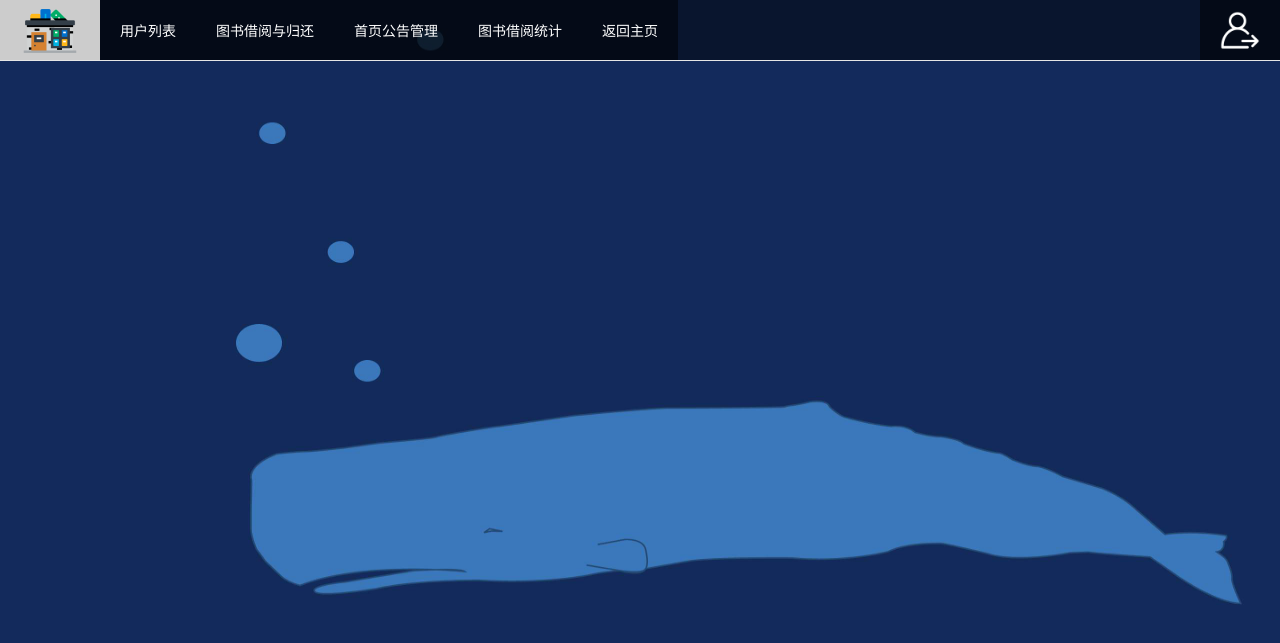
Repository: Akron-xz/helloVue
Page: /#/adminmain (app in vue-library/)
The author's editor kept a copy of each file at every save. The page is drawn from the files as they stood at one save, then again after the next save.
The browser window is 1280 px wide. The pictures show the whole page.
The project was rebuilt for these pictures with package versions that can differ from the ones it lists, and the page was loaded fresh each time. Also part of the build but not shown: vue-library/src/components/homeNav.vue, vue-library/src/views/Home.vue.

Above is the page before, as saved 2020-11-25 20:39:05.

### vue-library/src/main.js
import Vue from 'vue'
import App from './App.vue'
import ElementUI from 'element-ui';
import 'element-ui/lib/theme-chalk/index.css';
import axios from "axios"
import router from './router'
import Router from 'vue-router'

const routerPush = Router.prototype.push
Router.prototype.push = function push(location) {
    return routerPush.call(this, location).catch(error => error)
}

Vue.config.productionTip = false
Vue.use(ElementUI);
Vue.prototype.$axios = axios;


new Vue({
    router,
    render: h => h(App)
}).$mount('#app')

### vue-library/src/router/index.js
import Vue from 'vue'
import VueRouter from 'vue-router'
import Home from '../views/Home.vue'


Vue.use(VueRouter)

const routes = [{
        path: '/',
        name: 'Home',
        component: Home
    },
    {
        path: '/about',
        name: 'About',
        // route level code-splitting
        // this generates a separate chunk (about.[hash].js) for this route
        // which is lazy-loaded when the route is visited.
        component: () =>
            import ( /* webpackChunkName: "about" */ '../views/About.vue')
    },
    {
        path: '/admin',
        name: 'Admin',
        // route level code-splitting
        // this generates a separate chunk (about.[hash].js) for this route
        // which is lazy-loaded when the route is visited.
        component: () =>
            import ( /* webpackChunkName: "about" */ '../views/Administrator.vue')
    },
    {
        path: "/userLogin",
        name: "UserLogin",
        component: () =>
            import ('../views/UserLogin.vue')
    },
    {
        path: "/user",
        name: "User",
        component: () =>
            import ( /* webpackChunkName: "about" */ '../views/User.vue')
    },
    {
        path: "/signup",
        name: "SignUp",
        component: () =>
            import ('../views/SignUp.vue')
    },
    {
        path: "/adminmain",
        name: "AdminMain",
        component: () =>
            import ('../views/AdminMain.vue')
    },
    {

        path: "/MyInformation",
        name: "MyInformation",
        component: () =>
            import ('../views/MyInformation.vue')
    },
    {
        path: "/library",
        name: "Library",
        component: () =>
            import ( /* webpackChunkName: "about" */ '../views/Library.vue')

    },
    {
        path: "/modifymsg",
        name: "ModifyMsg",
        component: () =>
            import ('../views/ModifyMsg.vue')
    },
    {
        path: "/borrowhistory",
        name: "BorrowHistory",
        component: () =>
            import ('../views/BorrowHistory.vue')
    },
    {
        path: "/newissue",
        name: "NewIssue",
        component: () =>
            import ('../views/NewIssue.vue')
    },
    {
        path: "/booksearch",
        name: "BookSearch",
        component: () =>
            import ('../views/BookSearch.vue')
    },
    {
        path: "/MyBookshelves",
        name: "MyBookshelves",
        component: () =>
            import ('../views/MyBookshelves.vue')
    },
    {
        path: "/modifyAnnounce",
        name: "ModifyAnnounce",
        component: () =>
            import ('../views/ModifyAnnounce.vue')
    },
    {
        path: "/statistics",
        name: "Statistics",
        component: () =>
            import ('../views/Statistics.vue')
    },


]

const router = new VueRouter({
    routes
})

export default router

### vue-library/src/views/AdminMain.vue
<template>
  <div class="admin-main-container">
    <Navigation></Navigation>
    <div class="img-container">
      <!-- <div>
        <div class="block">
          <img src="/icon/search-client.png" @click="toSearchClient"/><br/>
          <span class="demonstration">用户列表</span>
        </div>
        <div class="block">
          <img src="/icon/search-file.png" @click="toSearchFile"/><br />
          <span class="demonstration">图书借阅与归还</span>
        </div>
      </div>
      <div>
        <div class="block">
          <img src="/icon/announce.png" @click="toAnnounce"/><br />
          <span class="demonstration">首页公告管理</span>
        </div>
        <div class="block">
          <img src="/icon/books.png" @click="toBooks"/><br />
          <span class="demonstration">书库</span>
        </div>
      </div>
      <div class="block">
        <img src="/icon/graph-report.png" @click="toGraphReport"/><br />
        <span class="demonstration">图书借阅统计</span>
      </div> -->
    </div>
  </div>
</template>

<script>
import Navigation from '@/components/Nav.vue'
export default {
  components:{
        Navigation
    },
  data() {
    return {
      activeIndex: "1",
      activeIndex2: "1",
    };
  },
  methods: {
    handleSelect(key, keyPath) {
      console.log(key, keyPath);
    },
    // toMain(){
    //   this.$router.push({path:'/#'});
    // },

    // toSearchClient(){
    //   this.$router.push({path:'/newissue'});
    // },
    // toSearchFile(){
    //   this.$router.push({path:'/booksearch'});
    // },
    // toAnnounce(){
    //   this.$router.push({path:'/modifyannounce'});
    // },
    // toBooks(){
    //   this.$router.push({path:'/booksearch'});
    // },
    // toGraphReport(){
    //   this.$router.push({path:'/Statistics'});
    // },


  },
};
</script>

<style scoped>
.admin-main-container {
  position: fixed;
  left: 0;
  top: 0;
  width: 100%;
  height: 100%;
  background-image: url(/img/divBg/bg34.jpg);
  background-size: 100% 100%;
}


</style>

### vue-library/src/components/Nav.vue
<template>

     <div class="navigation-bar">
      <el-menu
        class="el-menu-demo"
        mode="horizontal"
        @select="handleSelect"
        background-color="#00000080"
        text-color="#ffffff"
        text-font="15px">

        <el-menu-item @click="toMain">
                <img src="/img/libraryIcon.png" alt="" target="_self" class="libraryIcon">
            </el-menu-item>

        <el-menu-item index="1" @click="toSearchClient">
          <a  target="_self"  >用户列表</a></el-menu-item
        >
        <el-menu-item index="2" @click="toBooks">
          <a  target="_self">图书借阅与归还</a>
        </el-menu-item>

        <el-menu-item index="3" @click="toAnnounce">
          <a  target="_self">首页公告管理</a>
        </el-menu-item>
        <el-menu-item index="4" @click="toStatistics">
          <a  target="_self">图书借阅统计</a></el-menu-item
        >
        <el-menu-item index="5" @click="toHome">
          <a  target="_self">返回主页</a>
        </el-menu-item>

        <el-menu-item index="6" class="exitIcon">
                <img src="/img/logoutIconWhite.png" alt="" target="_self" class="logoutIcon" @click="logOut">
        </el-menu-item>

      </el-menu>

    </div>
</template>

<script>
export default {
    name:"Nav",
    data() {
      return {
        activeIndex: '1'
      }
    },
    methods: {
    handleSelect(key, keyPath) {
      console.log(key, keyPath);
    },
    toMain(){
      this.$router.push({path:'/adminmain'});
    },

    toSearchClient(){
      this.$router.push({path:'/newissue'});
    },
    toSearchFile(){
      this.$router.push({path:'/signup'});
    },
    toAnnounce(){
      this.$router.push({path:'/modifyannounce'});
    },
    toBooks(){
      this.$router.push({path:'/booksearch'});
    },
    toStatistics(){
      this.$router.push({path:'/Statistics'});
    },
    toHome(){
      this.$router.push({path:'/'});
    },
     logOut(){
      this.$router.push({path:'/'});
    },


  },

}
</script>>

<style scoped>
.libraryIcon{
  height: 60px;
  width: 60px;
}

.exitIcon{
  float: right;
}

.logoutIcon{
  height: 40px;
  width: 40px;
}
</style>>

Loaded but not shown: vue-library/public/index.html (common file); vue-library/src/App.vue (common file)

After the next save:
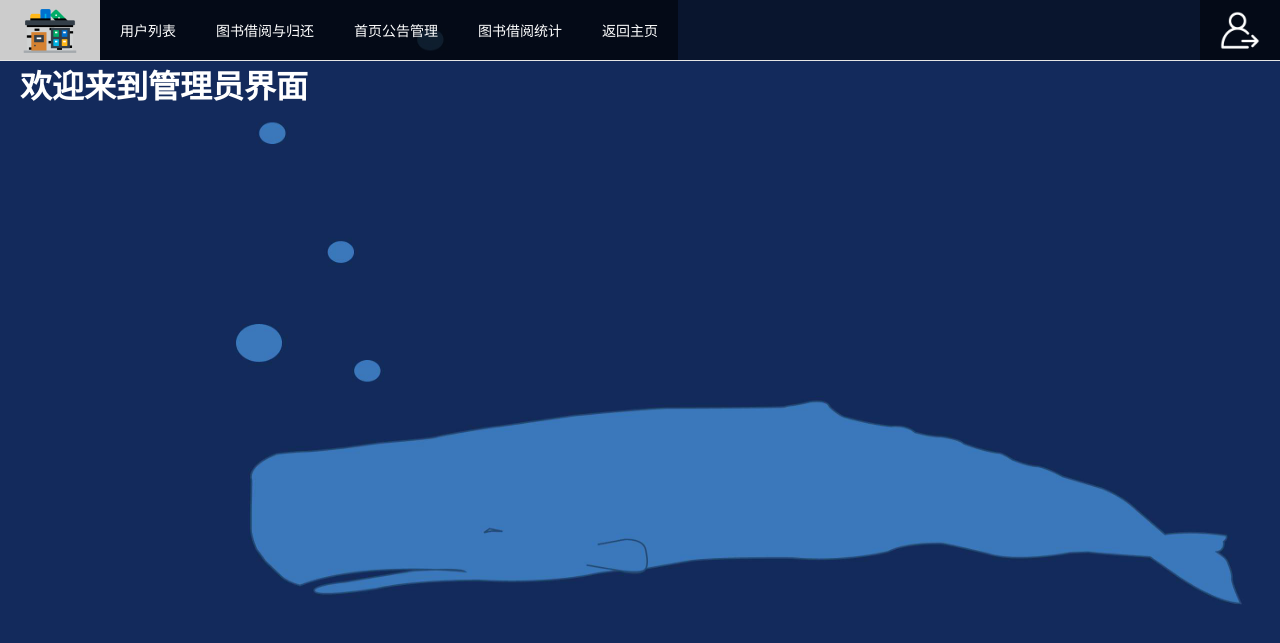
Saved 11 min 42 s later.
--- a/vue-library/src/views/AdminMain.vue
+++ b/vue-library/src/views/AdminMain.vue
@@ -1,6 +1,7 @@
 <template>
   <div class="admin-main-container">
     <Navigation></Navigation>
+    <h1 class="adminMain-title">欢迎来到管理员界面</h1>
     <div class="img-container">
       <!-- <div>
         <div class="block">
@@ -82,5 +83,12 @@ export default {
   background-size: 100% 100%;
 }
 
+.adminMain-title{
+  margin-top: 0px;
+  margin-left: 20px;
+  text-align: left;
+  font-size: 32px;
+  color: white;
+}
 
 </style>
